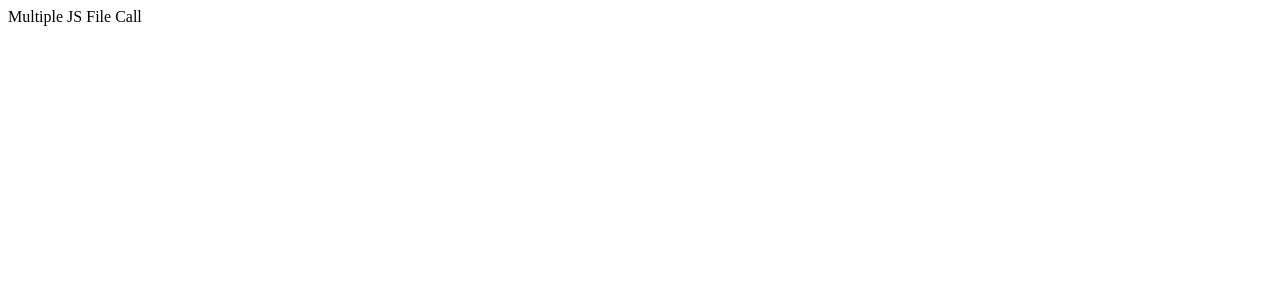
Repository: cestaberous/gmfd
Page: index.html
The author's editor kept a record of every edit. The page is drawn from the files as they stood at one moment, then again after the next edit.
The browser window is 1280 px wide. The pictures show the whole page.

Above is the page before.
Console error: ReferenceError: jscall is not defined

### index.html
<html>
    <head>
        <script type="text/javascript" src="gmfd.js"></script>
        <script type="text/javascript">
            var jsarray = ["test1.js", "test2.js"];
        </script>
    </head>
    <body>
        Multiple JS File Call
        <script type="text/javascript">
            jscall(jsarray);
        </script>
    </body>
</html>

### gmfd.js
function call(jsarray) {
    var i = 0;
    for (i = 0; i < jsarray.length; i++) {
        var file = jsarray[i];
        document.write('<script type="text/javascript" src="')
        document.write(file)
        document.write('"></script>')
    }
}

### test1.js
document.write('<h2>HELLO</h2>')

### test2.js
document.write('<h4>WORLD</h4>')

After the next edit:
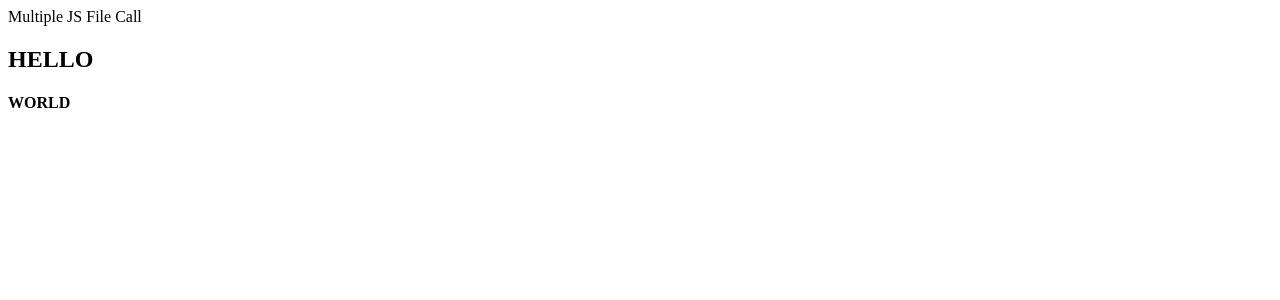
The error is gone.
The edit:
--- a/gmfd.js
+++ b/gmfd.js
@@ -1,4 +1,4 @@
-function call(jsarray) {
+function jscall(jsarray) {
     var i = 0;
     for (i = 0; i < jsarray.length; i++) {
         var file = jsarray[i];
